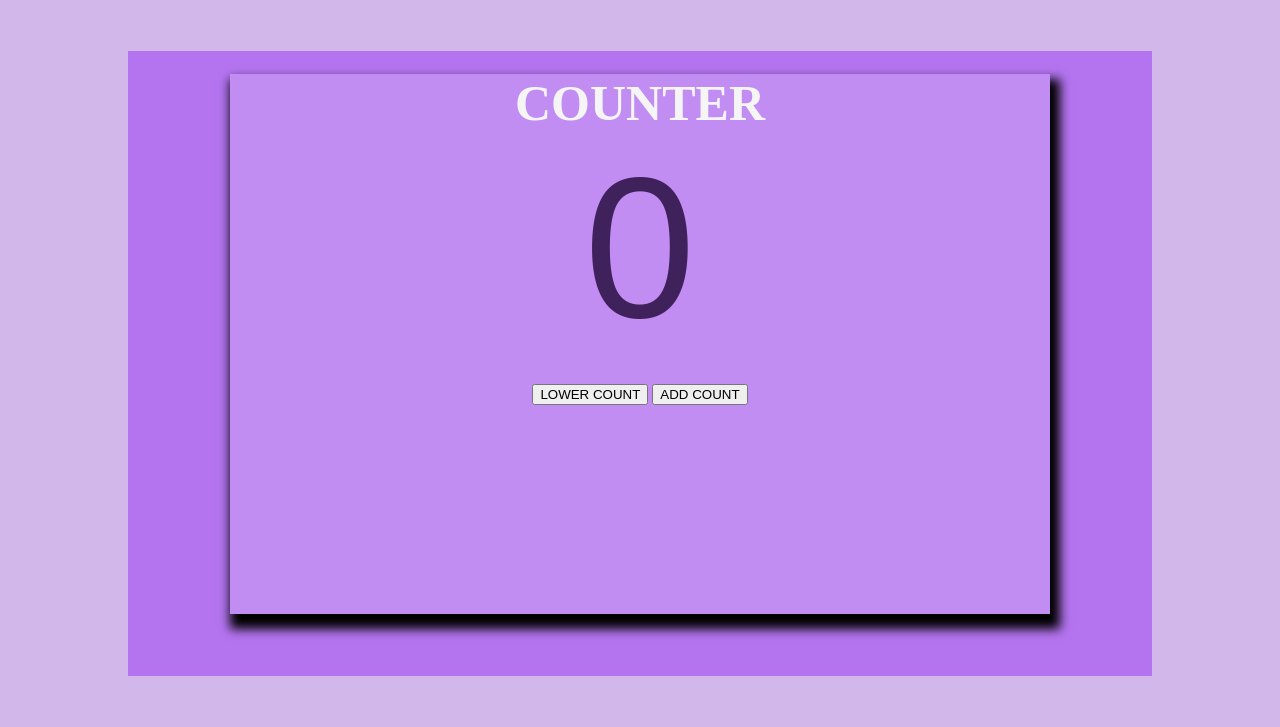
Repository: AnahitKhechumyan/Counter
Page: index.html
The author's editor kept a copy of each file at every save. The page is drawn from the files as they stood at one save, then again after the next save.
The browser window is 1280 px wide. The pictures show the whole page.

Above is the page before, as saved 2022-02-14 17:52:18.

### index.html
<!DOCTYPE html>
<html lang="en">
<head>
    <meta charset="UTF-8">
    <meta http-equiv="X-UA-Compatible" content="IE=edge">
    <meta name="viewport" content="width=device-width, initial-scale=1.0">
    <link rel="stylesheet" href="style.css">
    <script src= "./script.js"></script>
    <title>Document</title>
</head>
<body>
    <div class="container">
        <div class="main">
            <div class="header">COUNTER</div>
            <input type= "text" value = "0"/>
            <div class = "change">
                 <button id ="decrement" type="button">LOWER COUNT</button>
                 <button id ="increment" type="button">ADD COUNT</button>
            </div>
        </div>
    </div>
    <script src= "./script.js"></script>
</body>
</html>

### style.css
body{
    margin: 0;
    background-color: rgb(210, 183, 235);
}
.container{
    background-color: rgb(180, 116, 240);
    width: 80%;
    height: 85vh;
    margin: 4% 10%;
    padding-top: 1%;

}
.main{
    background-color: rgb(194, 141, 243);
    width: 80%;
    height: 75vh;
    margin: 1% 10%;
    box-shadow: 5px 10px 10px 5px;
    text-align: center;
}
.header{
    text-align: center;
    color:whitesmoke;
    font-size: 50px;
    font-weight: 700;
}

input{
    background-color:rgb(194, 141, 243) ;
    width: 20%;
    border:none;
    font-size:200px;
    color:rgb(63, 33, 92);
    text-align: center;
}
 .change{
    padding:20px;

 }
#decrement{

}
#increment{

}

Loaded but not shown: script.js (no copy from this time; the picture is the same without it)

After the next save:
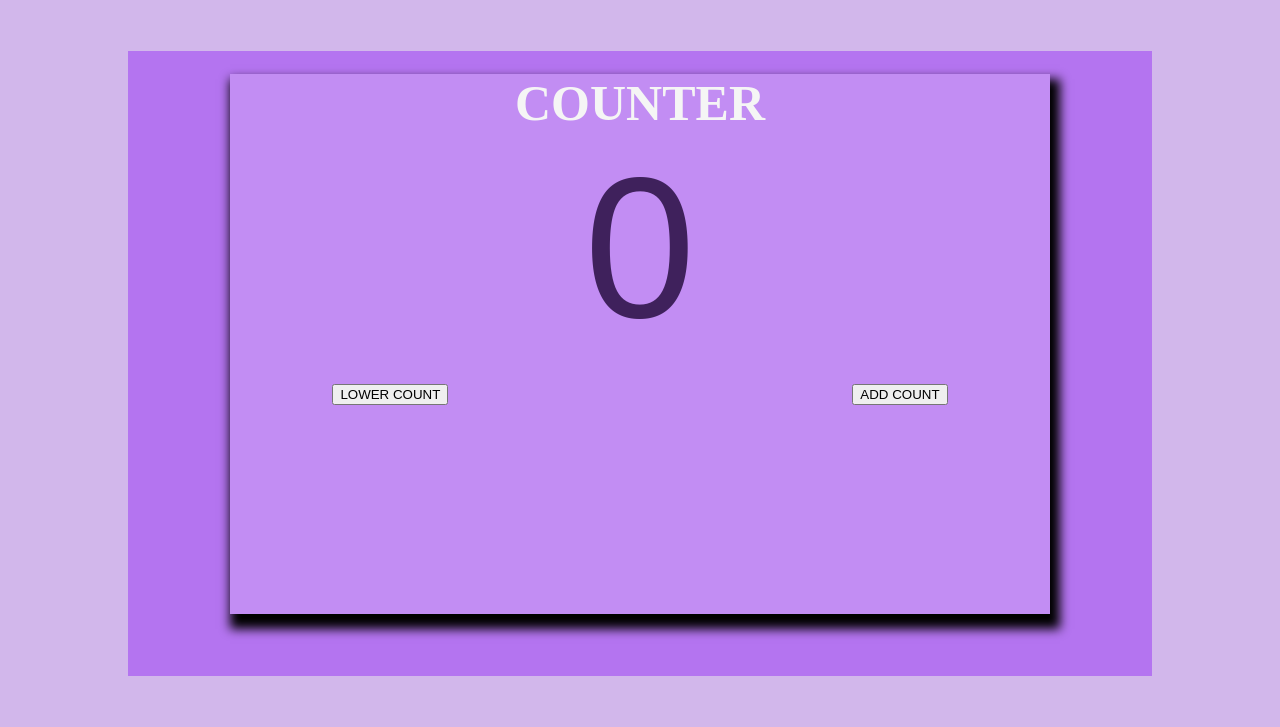
Saved 65 s later.
--- a/style.css
+++ b/style.css
@@ -38,8 +38,9 @@ input{
 
  }
 #decrement{
-
+   margin-right: 200px;
 }
 #increment{
-
+    margin-left: 200px;
 }
+}
